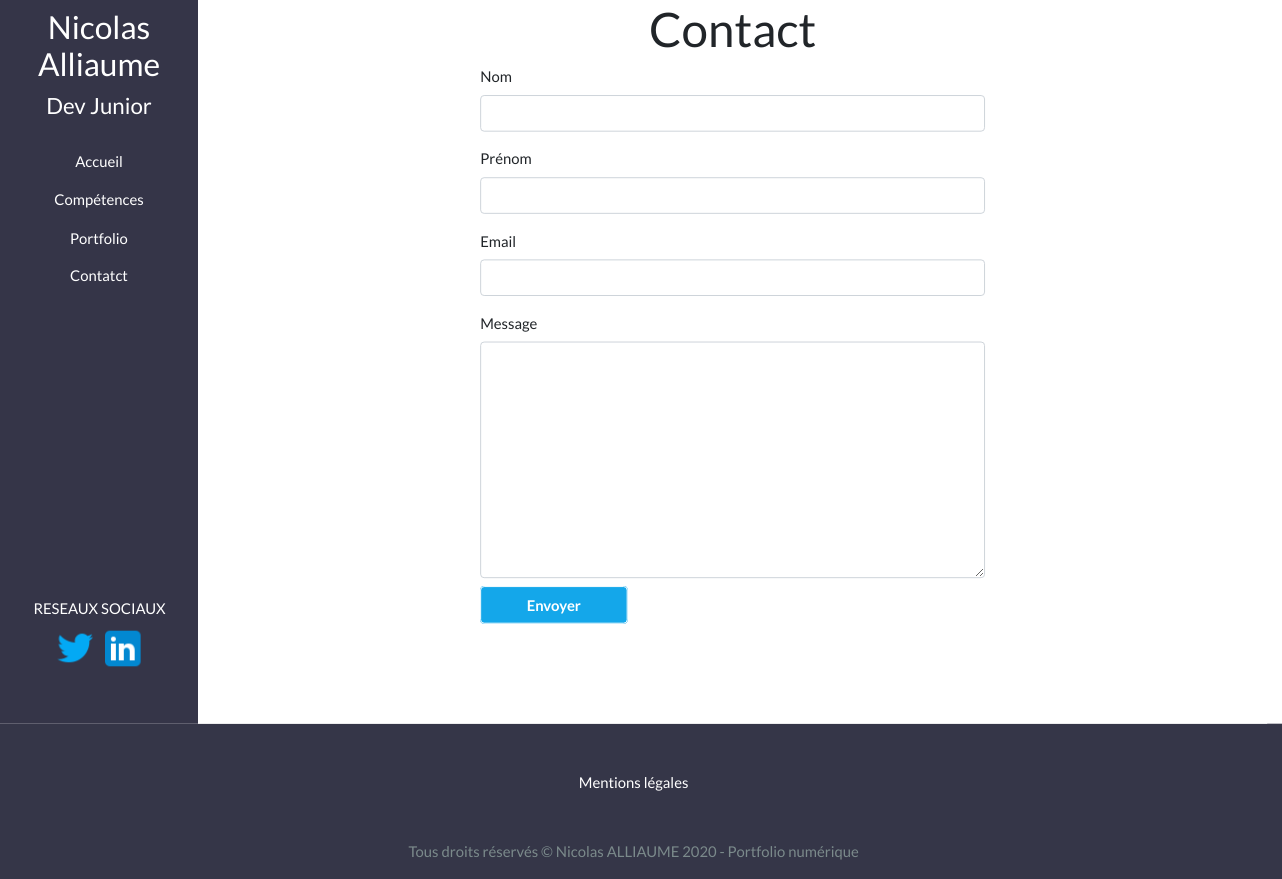
Repository: Nicolas-al/alliaumen
Page: templates/main/index.html.twig
The author's editor kept a copy of each file at every save. The page is drawn from the files as they stood at one save, then again after a run of saves.
The browser window is 1280 px wide. The page is 1295 px wide, so the pictures cover 1295 px, including what lies to the right of the window. The pictures show the whole page, at 99% of full size.
After loading, the first visible `#form_button` was clicked once.
Some web fonts or font styles are not loaded; a fallback is used. Some web libraries are served in a nearby version. The page is a Twig template of a Symfony application; nobody is signed in and links lead nowhere. Other server files are loaded and not shown. The template is opened directly, without the code that normally fills it, so the values that code supplies are empty.

Above is the page before, as saved 2020-10-12 03:09:30.
Console error: TypeError: e.indexOf is not a function

### templates/main/index.html.twig
{% extends 'base.html.twig' %}


{% block body %}
    <div class="wrapper">
        <nav id="sidebar">
        {% include 'main/aside.html.twig' %}
        </nav>
        <div id="all-content">
            <div id="visible-content">
                <div class="col-lg-12 mt-5" id="header">
                        <div class="row">
                            <div class="col-lg-3 col-sm-3 offset-md-1" id="block_photo">
                                <img src="{{ asset('images/29273464-photo-de-profil-avatar.jpg') }}" alt="image de profil" style="width : inherit">
                            </div>
                            <div class="col-lg-8 col-sm-8" id="block_profil">
                                <div class="text-center d-flex" id="profil">
                                    <div class="block-down">
                                        <i class="fas fa-angle-double-down double-down"></i>
                                    </div>
                                    <div class="from-center">Mon profil</div>
                                </div>
                                <ul class="list-group list-group-flush" id="profil_panel">
                                    <li class="list-group-item">Diplôme : Master Sociologie Rennes 2</li>
                                    <li class="list-group-item list-group-item-secondary">Age : 29</li>
                                    <li class="list-group-item">Formation Web : Openclassroom</li>
                                    <li class="list-group-item list-group-item-secondary">Intitulé : Developpeur Web Junior</li>
                                    <li class="list-group-item">Parcours : Virage à 180, non pas par dégoût bien au contraire, j'ai acquis des connaisances importantes. J'ai découvert ce domaine et voyez la suite de ce site par vous même. </li>
                                </ul>
                            </div>
                        </div>
                </div>
                <div id="block_competences">
                        <div class="block_title">
                            <div class="title_elmt">
                                <div class="minus_block">
                                    <i class="fas fa-minus minus_one"></i>
                                    <i class="fas fa-minus minus_two"></i>
                                    <i class="fas fa-minus minus_three"></i>
                                </div>
                                <div class="title">
                                    <img src="{{ asset('images/icons/icon-skills.png') }}" alt="icon d'une tête d'humain" class="" />
                                    <h4>Compétences</h4>
                                </div>
                            </div>
                        </div>

                        <div id="skills">
                            <div class="h-50" id="front">
                                <div class="skills col-lg-12">
                                    <div class="row h-100">
                                        <div class="col-lg-12 d-flex mt-2 justify-content-center skills-title">
                                            <i class="fas fa-code"></i>
                                            <p class="align-title"><strong>Frontend</strong></p>
                                        </div>
                                        <div class="col-lg-12 mt-2" id="text_black">
                                            <div class="row text-center">
                                            {% for skill in skills %}
                                                {% if skill.type == "Frontend" %}
                                                    <div class="col-lg-4 col-sm-4 logo-skills">
                                                    {% if skill.logo %}
                                                        <img src="{{ vich_uploader_asset( skill, 'logoFile') | imagine_filter('small_thumb')}}" alt="">
                                                    {% endif %}
                                                        <p> {{ skill.name }} </p>
                                                    </div>
                                                {% endif %}
                                            {% endfor %}
                                            </div>
                                        </div>
                                    </div>
                                </div>
                            </div>
                            <div class="h-50" id="back">
                                <div class="skills col-lg-12">
                                    <div class="row h-100">
                                        <div class="col-lg-12 d-flex justify-content-center mt-2 skills-title">
                                            <i class="fas fa-database text-white"></i>
                                            <p class="align-title text-white"><strong>Backend</strong></p>
                                        </div>
                                        <div class="col-lg-12 mt-2 text-white" id="text_white">
                                            <div class="row text-center">
                                                {% for skill in skills %}
                                                    {% if skill.type == "Backend" %}
                                                        <div class="col-lg-4 col-sm-4 logo-skills" >
                                                        {% if skill.logo %}
                                                            <img src="{{ vich_uploader_asset( skill, 'logoFile') | imagine_filter('small_thumb')}}" alt="">
                                                        {% endif %}
                                                            <p> {{ skill.name }} </p>
                                                        </div>
                                                    {% endif %}
                                                {% endfor %}
                                            </div>
                                        </div>
                                    </div>
                                </div>
                            </div>
                        </div>
                </div>
                <div class="mt-5" id="block_portfolio">

                    <div class="col-lg-12 block_title mb-3">
                        <div class="title_elmt">
                            <div class="minus_block">
                                <i class="fas fa-minus minus_one"></i>
                                <i class="fas fa-minus minus_two"></i>
                                <i class="fas fa-minus minus_three"></i>
                            </div>
                            <div class="title">
                                <img src="{{ asset('images/icons/icon-portfolio.png') }}" alt="lampe qui éclair" class="" />
                                <h4>Portfolio</h4>
                            </div>
                        </div>
                    </div>
                    <div class="offset-lg-1 col-lg-10 offset-sm-1 col-sm-10" id="para_portfolio">
                        <p> Ici sont présentés les projets effectués par moi même. Constatez par vous même en vous rendant directement sur un projet. N'hésitez pas à selectionner une carte projet pour afficher son contenu sur le panneau. En bas du panneau sont détaillées les compétences utilisés</p>
                    </div>
                    <div class="d-flex m-auto block_slides">

                        {% for project in portfolio %}

                        <div class="panel_project">
                            <div class="description_project">
                                <div class="">
                                    <div class="col-lg-12">
                                        <h4>{{ project.title }}</h4>
                                    </div>
                                    <div class="col-lg-12">
                                        <p> {{ project.description }}</p>
                                    </div>
                                </div>
                            </div>
                            <div class="project">
                                <img src="{{ vich_uploader_asset(project, 'imageFile') | imagine_filter('slider_thumb')}}" alt="image projet">
                            </div>
                            <div class="skills_project">
                                <div class="row">
                                    <div class="col-lg-12">
                                        <p> <span>Compétences utilisées :</span> {{ project.skills }}</p>
                                    </div>
                                </div>
                            </div>
                            <div class="project_link">
                                    <a href="{{ path('portfolio', {'id' : project.id})  }}" class="text-white"> voir la page projet </a>
                            </div>
                        </div>

                        {% endfor %}
                    </div>

                    <div class="col-lg-12" id="block_project_card">
                        <div class="row" id="projects_cards">

                            {% for project in portfolio %}

                            <div class="project_card">
                                <div class="project_content">
                                    <h6> {{ project.title }} </h6>
                                    <img src="{{ vich_uploader_asset( project, 'imageFile') | imagine_filter('medium_thumb')}}" alt="">
                                    <p> {{ project.description }} </p>
                                    <p> {{ project.skills }} </p>
                                </div>
                            </div>

                            {% endfor %}

                        </div>
                    </div>
                </div>
                <div id="block_contact">
                    <div class="col-lg-12 block_title">
                        <div class="title_elmt">
                            <div class="minus_block">
                                <i class="fas fa-minus minus_one"></i>
                                <i class="fas fa-minus minus_two"></i>
                                <i class="fas fa-minus minus_three"></i>
                            </div>
                            <div class="title">
                                <img src="{{ asset('images/icons/icon-contact-de-messagerie.png') }}" alt="icon d'une tête d'humain" class="" />
                                <h4>Contact</h4>
                            </div>
                        </div>
                    </div>
                    <div class="col-lg-12 pl-5">

                        <address>
                            <p class="d-inline"> Email : </p>
                            <a href="mailto:alliaume.nicolas@gmail.com">alliaume.nicolas@gmail.com</a><br>
                        </address>
                    </div>
                    <p class="col-lg-12 pl-5">
                        Laissez moi un message si vous le souhaitez après avoir cliqué sur le bouton ci-dessous.
                    </p>
                    <div class="col-lg-12 pl-5">
                        <button class="button" id="form_button">
                            <a href="#contact_form" id="form_link" class="font-weight-bold text-white">
                            laisser un message</a>
                        </button>
                    </div>

                </div>


            </div>

            {% include 'contact/index.html.twig' %}

        </div>
    </div>
    <div>
       {% include 'main/footer.html.twig' %}
    </div>
{% endblock %}


{% block footer %}

{% endblock %}

### templates/main/footer.html.twig
  {% block footer %}
                <footer class="row">
                    <div class="col-lg-12 mb-5 mt-5 text-center">
                        <a href="{{ path("mentions") }}" class="text-white">Mentions légales</a>
                    </div>
                    <div class="col-lg-12 text-dark copyright">
                            <p class="text-center">Tous droits réservés © Nicolas ALLIAUME 2020 - Portfolio numérique</p>

                    </div>
                </footer>
{% endblock %}

### public/css/style.css
body{
    overflow-x: hidden;
    position: relative;
}

.wrapper {
    display: flex;
    width: 100%;
    align-items: stretch;
}

#sidebar{
    background : #353548;
    max-width: 200px;
    min-width: 200px;
}
#all-content{
    width: 100%;
}
#header{
    height: 400px;
}
#block_competences{
    height: 500px;
    margin-left: 0;
    margin-right: 0;
}
#block_portfolio{
    height: 1400px;
}
#block_contact{
    margin-top: 20px;
    height: 380px;
}
footer{
    background: #353648
}
.button{
    background: #14a7ea;
    border: 1px solid white;
    padding: 9px 46px;
    border-radius: 4px;
}
.button a{
    font-size: 1.2em;
}
.button a:hover{
    text-decoration: none;
}

/* sections block titre */

.block_title{
    height: 165px;
    background: #35334814;
    width: 100%;
}
.title_elmt{
    display: flex;
    flex-direction: column;
}
.minus_block{
    text-align: center;
    margin-top: 61px;
}
.minus_one{
    color: #11a7ea
}
.minus_two{
    color: #1d75d2;
}
.minus_three{
    color: #353648;
}
.title{
    display: flex;
    margin-left: -15px;
    margin-right: -15px;
}
.title h4{
    font-family: 'Philosopher', sans-serif;
    margin-right: auto;
    margin-top: auto;
    margin-bottom: auto;
}
.title img{
    height: 39px;
    margin-top: auto;
    margin-left: auto;
    margin-bottom: auto;
}

/*------------------------------------- ASIDE -------------------------------------*/

#aside h3{
    font-family: 'Oswald', sans-serif;
}
.sidebar-header{
    color: white;
    margin-top: 4%;
}
#sidebar ul{
    justify-content: center;
}
.block_nav{
    position: fixed;
    top: 27%;
    width: 15.7%
}

.block_nav ul{
    display: flex;
    flex-direction: column;
    margin: auto;
    justify-content: end;
}
.block_nav a{
    font-family: 'Catamaran', sans-serif;
    padding-left: 20px
}

.block_network{
    position: fixed;
    top: 84%;
    text-align: center;
    width: 15.7%;
}
h6{
    color: white;
}
/*----------------------------------- HEADER -----------------------------------*/

.header_p{
    font-family: 'Merienda', cursive;
    font-size: 1.3em;
    color: #212529e8;
    width: 93%;
    box-shadow: 0px 0px 7px;
    text-align: center;
}

#block_photo{
    max-width: 35%;
    margin: auto;
    padding-bottom: 40px;
}

/* Mon profil */

#block_profil{
    height: fit-content;
}

#profil{
    justify-content: center;
    align-items: center;
}
.block-down{
    margin-right: 5%;
}
.from-center{
    margin-left: 45px;
}
/* Animation double Flèches vers le bas */

@keyframes down{
	0% {transform: translateY(0%) ; opacity: 0.5}
	25% {transform: translateY(-30%); opacity: 0.2}
    75% {transform: translateY(30%); opacity: 1}
    100% {transform: translateY(0%); opacity: 0.5}
}
.double-down{
	animation: down 1.2s infinite;
	width: 3%;
}

/* ~~~~~~~ INIT. BTN ~~~~~~~ */

#profil{
    position: relative;
    padding: 1.4rem 4.2rem;
    padding-right: 3.1rem;
    font-size: 1.4rem;
    color: black;
    letter-spacing: 1.1rem;
    text-transform: uppercase;
    transition: all 500ms cubic-bezier(0.77, 0, 0.175, 1);
    cursor: pointer;
    user-select: none;
}

#profil:before, #profil:after {
    content: '';
    position: absolute;
    transition: inherit;
    z-index: -1;
    box-sizing: border-box;
}

#profil:hover {
    color: white;
    transition-delay: .5s;
}

#profil:hover:before {
    transition-delay: 0s;
}

#profil:hover:after {
    background: #353648;
    transition-delay: .35s;
}


#profil:before {
    top: 0;
    left: 50%;
    height: 100%;
    width: 0;
    border: 1px solid #353648;
    border-left: 0;
    border-right: 0;
}

#profil:after {
    bottom: 0;
    left: 0;
    height: 0;
    width: 100%;
    background: #353648;
}

#profil:hover:before {
    left: 0;
    width: 100%;
}

#profil:hover:after {
    top: 0;
    height: 100%;
}

#profil_panel{
    display: none;
}


/* ------------------------------------BLOCK COMPETENCES--------------------------------------*/
#skills{
    display: flex;
    width: 100%;
}
.skills{
    margin-bottom: -200px;
}
.skills-title{
    align-items: center;
}
.skills-title i{
    margin: inherit;
}
.logo-skills p{
    width: fit-content;
    margin: auto;
}
.logo-skills:hover{
   font-size: 20px;
   transition: 1s;
   font-weight: bold;
}
#skills img{
    width: 48px;
}
#skills img:hover{
    width: 65px;
    transition: 0.5s;
}
.align-title{
    margin: inherit;
    margin-left: 5px;
}

#front{
    width: 53%;
    border-bottom: 300px solid whitesmoke;
}
#back{
    width: 59%;
    border-bottom: 300px solid #353448;
    border-left: 43px solid #f5f5f5fc;
}

/* -------------------------------------------BLOCK PORTFOLIO----------------------------------------- */

#para_portfolio{
    height: 100px;
    padding: 0px 20px;
    text-align: center;
}

/* -------Slider------- */
.block_slides{
    height: 40%;
}
#block_portfolio h4{
    text-align: center;
    font-family: 'Philosopher', sans-serif;
}
.panel_project{
    width: 92%;
    margin: auto;
    display: none;
    box-shadow: 0px 0px 27px #353448;
    border-radius : 5px;
}


.description_project{
    border-bottom: 5px solid #f39c12c9;
    background: white;
    padding: 10px;
    border-top-left-radius: 5px;
    border-top-right-radius: 5px;
}
.description_project h4{
    font-weight: 700;
}
.description_project p{
    font-size: 1.1em;
}
.project img{
    width: 100%;
}
.project_link{
    border: 2px solid white;
    text-align: center;
    padding: 16px 15px;
    margin-top: -1%;
    background: #1e74d2;
}
.project_link:hover {
    background: #11a7ea;
}
.project_link a:hover{
    text-decoration: none;
}
.skills_project{
    border-top: 5px solid #f39c12c9;
}
.skills_project p{
    padding-right: 2%;
    padding-left: 2%;
    padding : 10px;
}
.skills_project span{
    font-weight: bold;
}
/* Cards projects */

#block_project_card{
    margin-top: 23%;
}
#projects_cards{
    text-align: center;
    justify-content: center;
    margin-left: 5%;
}
.project_card{
    color: white;
    margin-left: -10%;
    border: 1px solid;
    box-shadow: 0px 0px 3px;
    border-right: 2px solid;
    border-radius: 11px;
    max-width: 22%;
    background: #353348;
    cursor: pointer;
}
.project{
    opacity: 0.8;
}
.project h4{
    color: white;
}
.project p{
    color: white;
}
.project_content p{
    padding: 3% 9% 0% 9%;
    margin-bottom: 0;
    text-align: justify;
    font-size: 0.8em;
}
.project_content p:last-child{
    margin-bottom: 3%;
}
.project_content h4{
    padding: 3%;
}
.project_content img{
    width: 99%;
}
/*------------------------------------------- BLOCK CONTACT ---------------------------------------- */

#block_contact address a{
    font-weight: bold;
    color: #353648;
}

.modal_contact{
    display: none;
    background: white;
    width: inherit;
    z-index: 100;
    height: 100%;
    margin-bottom: 10%
}

#errors_form{
    color: red;
    font-size: 1em;
    display: none;
}

/*-------------------------- MENTIONS LEGALES ------------------------*/

#mentions_body a{
    color: #0087d1;
}

/*---------------------------- FOOTER ---------------------------------*/

.copyright{

}

/*================================================ RESPONSIVE ======================================================== */
/*================================================            ======================================================== */

@media screen and (min-width: 1250px){
    #block_project_card {
        margin-top: 29%;
    }
    #block_contact {
        margin-top: 12%;
    }
}

@media screen and (max-width: 991px){
    .wrapper{
        display: block;
    }
    #sidebar{
        min-width: 100%;
        max-width: 100%;
    }
    .block_nav{
        position: inherit;
        display: contents
    }
    .block_nav ul{
        display: flex;
        flex-direction: inherit;
        justify-content: center;
    }
    .block_network{
        position: absolute;
        top: 0%;
        left: 1%;
    }
    .block_network h6{
        display: none;
    }
    #mentions_body{
    margin-left: 2%;
    }

    #block_competences{
        height: auto;
    }

    #skills{
        height: fit-content;
        flex-direction: column;
        display: flex !important;
    }
    .skills{
        margin-bottom: 0;
    }
    #front{
        width: auto;
        border-bottom: none;
        background-color: #f5f5f5;
    }
    #text_black{
        padding: 20px 30px
    }
    #back{
        width: auto;
        border-bottom: none;
        border-left: none;
        background-color: #353448;
    }
    #text_white{
        padding: 20px 30px
    }
    .logo-skills{
        width: 20% !important;
    }
    #block_portfolio{
        height: auto;
    }
    #para_portfolio{
        margin-top: 5%;
        margin-bottom: 12%;
    }
    #block_project_card {
        margin-top: 20%;
    }
    .project_card {
        max-width: 26%;
        height: 259px;
    }
}

@media screen and (max-width: 702px){
    .projects_cards{
        margin-left: 5%;
    }
    .project_content p {
        font-size: 0.7em;
    }
    .project_card {
        max-width: 29%;
        height: 241px;
    }

}
    @media screen and (max-width: 500px){
    .project_card {
        max-width: 32%;
        height: 243px;
        }
    .block_slides{
        margin: 0% 0% 0% 2% !important;
    }
    .project_link{
        margin-left: 35%;
    }
    #block_project_card {
        margin-top: 30%;
        padding-left: 7%;
    }
    .block_network{
        top: 0%;
        left: 2%;
    }
    .block_network div{
        flex-direction: column;
    }
    .block_network img{
        height: 36px;
        width: 36px;
    }
    h6{
        display: none;
    }
    #contact_block{
        width: 80%;
    }
}

Loaded but not shown: public/js/accueil/contact.js (57 lines, source omitted); public/js/accueil/slider.js (51 lines, source omitted); public/js/accueil/profil.js (27 lines, source omitted); public/js/portfolio/deleteCom.js (19 lines, source omitted); public/js/portfolio/banIp.js (17 lines, source omitted); templates/base.html.twig (51 lines, source omitted); templates/contact/index.html.twig (36 lines, source omitted); templates/main/aside.html.twig (22 lines, source omitted); public/css/project.css (51 lines, source omitted)

After the next 2 saves:
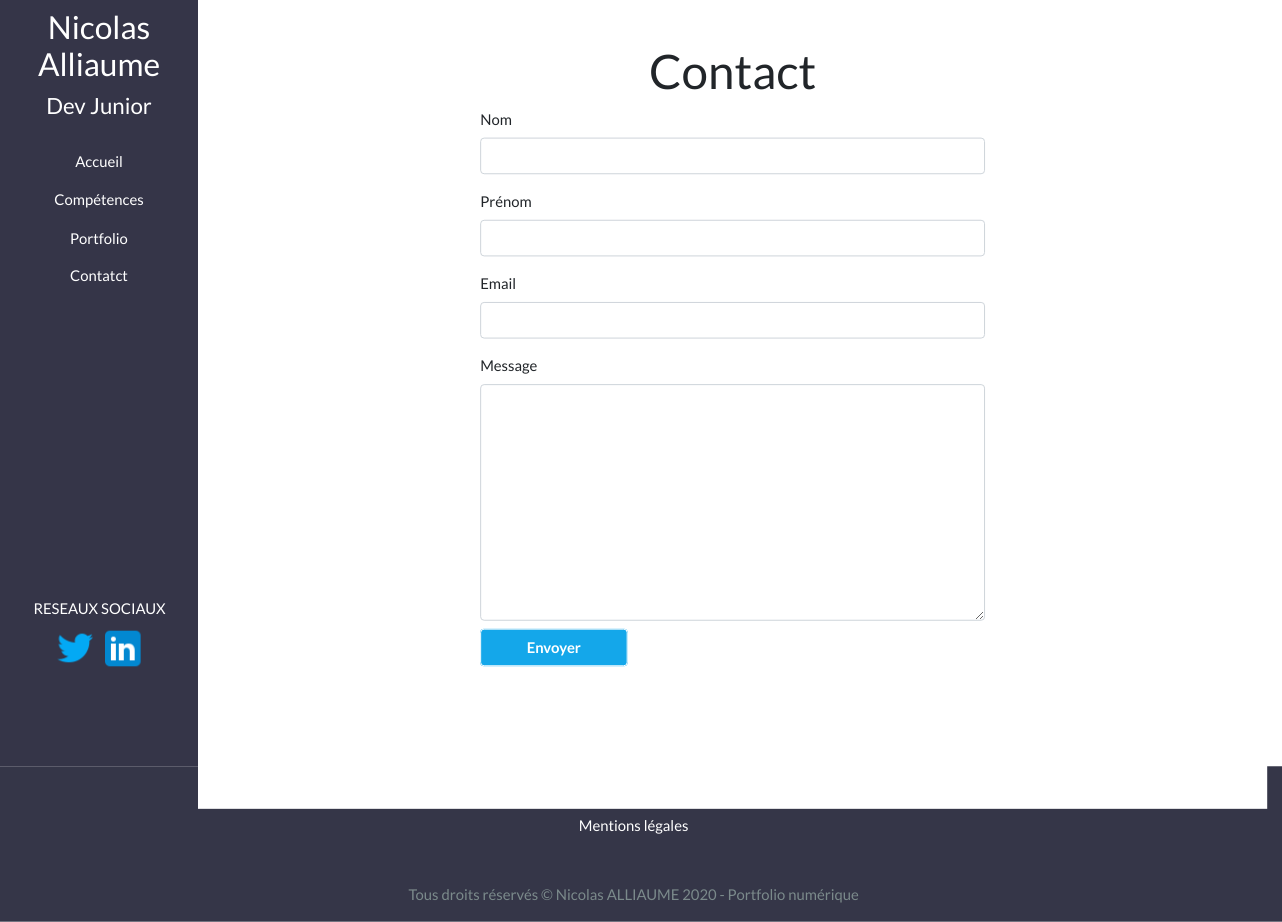
The 2 saves are shown as one change because they came seconds apart.
The last was saved 80 s later.
--- a/public/css/style.css
+++ b/public/css/style.css
@@ -413,7 +413,8 @@ h6{
     width: inherit;
     z-index: 100;
     height: 100%;
-    margin-bottom: 10%
+    margin-bottom: 10%;
+    margin-top: 4%;
 }
 
 #errors_form{
